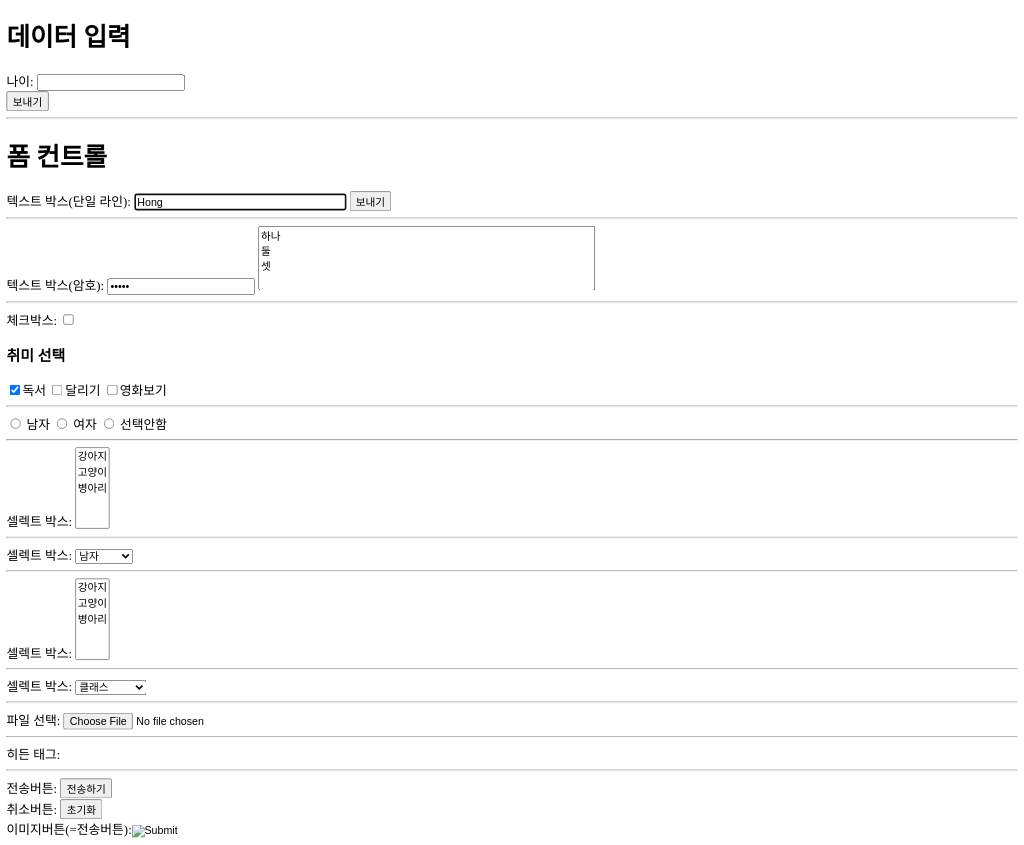
Repository: sinsujung/client
Page: ClientTest/src/main/webapp/html/ex18_form.html
An editor plug-in stored every save of this project. The page is shown before and after the next save, followed by the edit.
The browser window is 1280 px wide. The pictures show the whole page, at 80% of full size.

Above is the page before, as saved 2023-09-21 07:32:24.

After the next save:
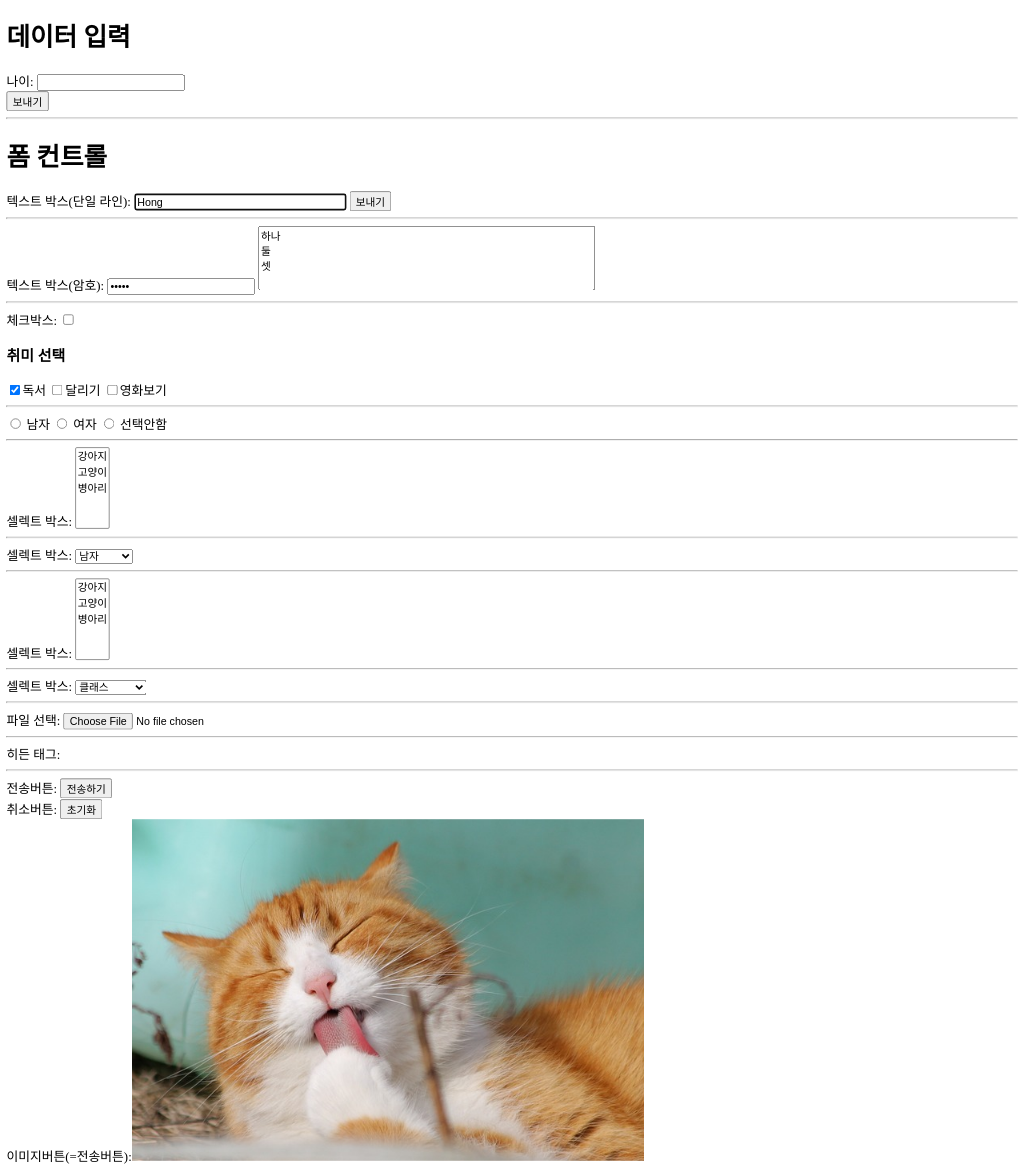
Saved 4 min 13 s later.
--- a/ClientTest/src/main/webapp/html/ex18_form.html
+++ b/ClientTest/src/main/webapp/html/ex18_form.html
@@ -226,7 +226,8 @@
 			 취소버튼: <input type="reset" value="초기화">
 			 <br>
 
-			 이미지버튼(=전송버튼):<input type="image">
+			 이미지버튼(=전송버튼):<input type="image"
+			 src="cat2.jpg">
 			<br>
 
 	</form>
